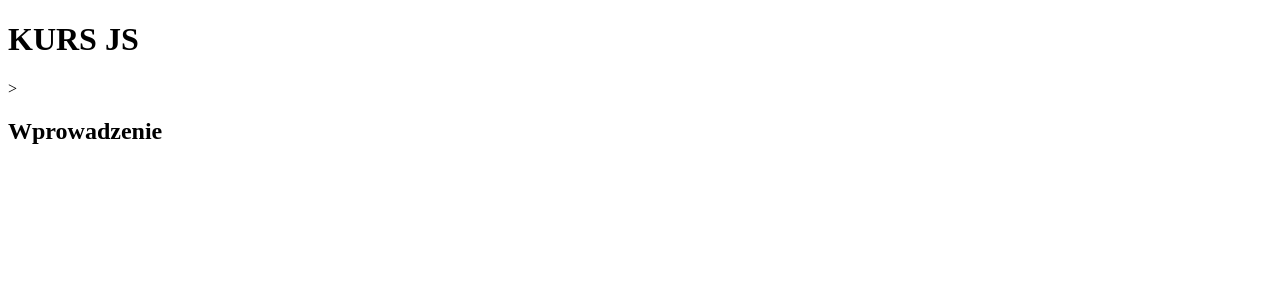
Repository: KasiaJakubowska/square-and-circle
Page: index.html
The author's editor kept a copy of each file at every save. The page is drawn from the files as they stood at one save, then again after the next save.
The browser window is 1280 px wide. The pictures show the whole page.

Above is the page before, as saved 2019-02-10 12:24:04.

After the next save:
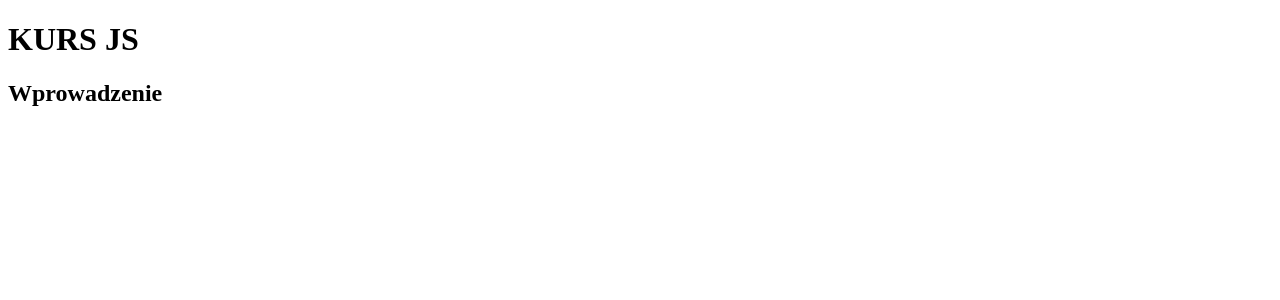
Saved 60 s later.
--- a/index.html
+++ b/index.html
@@ -9,8 +9,9 @@
 </head>
 
 <body>
-   <h1>KURS JS</h1>>
+   <h1>KURS JS</h1>
    <h2>Wprowadzenie</h2>
+   <script src=""
 
 </body>
 
